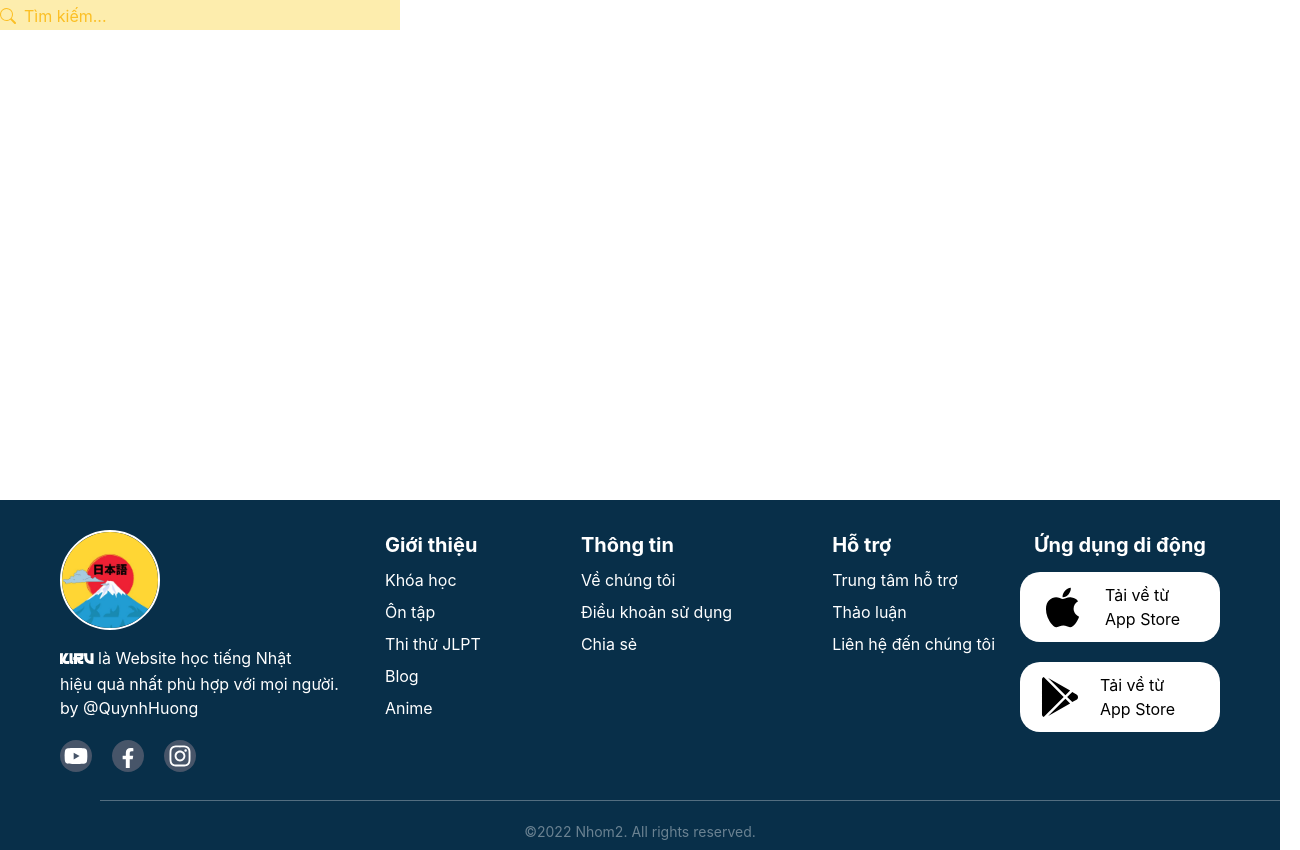
Repository: Quynhhuong150322/Kiru_Website-hoc-tieng-Nhat
Page: /TrangChu
These files come from the project's save history. The page is drawn as it stood at one moment and after the next save; the edit follows.
The browser window is 1280 px wide. The page is 1300 px wide, so the pictures cover 1300 px, including what lies to the right of the window. The pictures show the whole page.
The project was rebuilt for these pictures with package versions that can differ from the ones it lists, and the page was loaded fresh each time. Also part of the build but not shown: src/component/header_footer/Menu.js.

Above is the page before, as saved 2023-08-18 03:34:40.

### public/index.html
<!DOCTYPE html>
<html lang="en">
  <head>
    <meta charset="utf-8" />
    <link rel="icon" href="%PUBLIC_URL%/favicon.ico" />
    <meta name="viewport" content="width=device-width, initial-scale=1" />
    <meta name="theme-color" content="#000000" />
    <meta
      name="description"
      content="Web site created using create-react-app"
    />
    <link rel="apple-touch-icon" href="%PUBLIC_URL%/logo192.png" />
    <!--
      manifest.json provides metadata used when your web app is installed on a
      user's mobile device or desktop. See https://developers.google.com/web/fundamentals/web-app-manifest/
    -->
    <link rel="manifest" href="%PUBLIC_URL%/manifest.json" />
    <!--
      Notice the use of %PUBLIC_URL% in the tags above.
      It will be replaced with the URL of the `public` folder during the build.
      Only files inside the `public` folder can be referenced from the HTML.

      Unlike "/favicon.ico" or "favicon.ico", "%PUBLIC_URL%/favicon.ico" will
      work correctly both with client-side routing and a non-root public URL.
      Learn how to configure a non-root public URL by running `npm run build`.
    -->
    <title>Kiru web</title>
  </head>
  <body>
    <noscript>You need to enable JavaScript to run this app.</noscript>
    <div id="root"></div>
    <!--
      This HTML file is a template.
      If you open it directly in the browser, you will see an empty page.

      You can add webfonts, meta tags, or analytics to this file.
      The build step will place the bundled scripts into the <body> tag.

      To begin the development, run `npm start` or `yarn start`.
      To create a production bundle, use `npm run build` or `yarn build`.
    -->
  </body>
</html>

### src/index.js
import React from 'react';
import ReactDOM from 'react-dom/client';
import './index.css';
import App from './App';
import reportWebVitals from './reportWebVitals';
import { BrowserRouter} from "react-router-dom";


const root = ReactDOM.createRoot(document.getElementById('root'));
root.render(
  <React.StrictMode>
    <BrowserRouter>
      <App />
    </BrowserRouter>
  </React.StrictMode>
);

// If you want to start measuring performance in your app, pass a function
// to log results (for example: reportWebVitals(console.log))
// or send to an analytics endpoint. Learn more: https://bit.ly/CRA-vitals
reportWebVitals();

### src/App.js
import './App.css';
// import HeaderBefor from "./component/header_footer/HeaderBefor";
import Footer from "./component/header_footer/footer";
import Menu from "./component/header_footer/Menu";
// import MyRoutes from './route/MyRoutes';
// import GioiThieu from "./component/Gioi_thieu"
// import KhoaHocBefor from "./component/Khoa_hoc_befor";
// import LienHe from "./component/Lien_he";
// import FAQs from "./component/FAQs";
// import DangKy from "./component/Dang_ky";
// import DangNhap from "./component/Dang_nhap";
// import QuenMK from "./component/Quen_mk";
// import DatlaiMk from "./component/Dat_lai_mk";
import Search from "./component/Search";

function App() {
  return (
    <div className = "bg-white">
      {/* <HeaderBefor></HeaderBefor> */}
      {/* <Menu/> */}
      {/* <MyRoutes></MyRoutes> */}

      {/* Trang chủ chưa đăng nhập */}
      {/* <GioiThieu></GioiThieu>
      <KhoaHocBefor></KhoaHocBefor>
      <LienHe></LienHe>
      <FAQs></FAQs> */}

      {/* Trang đăng ký */}
      {/* <DangKy/> */}

      {/* Trang đăng nhập */}
      {/* <DangNhap/> */}

      {/* Quên mật khẩu */}
      {/* <QuenMK/> */}
      {/* <DatlaiMk/> */}

      {/* thanh Search */}
      <Search />
      <Footer></Footer>
    </div>
  );
}

export default App;

### src/App.css
.App {
  text-align: center;
}

.App-logo {
  height: 40vmin;
  pointer-events: none;
}

@media (prefers-reduced-motion: no-preference) {
  .App-logo {
    animation: App-logo-spin infinite 20s linear;
  }
}

.App-header {
  background-color: #282c34;
  min-height: 100vh;
  display: flex;
  flex-direction: column;
  align-items: center;
  justify-content: center;
  font-size: calc(10px + 2vmin);
  color: white;
}

.App-link {
  color: #61dafb;
}

@keyframes App-logo-spin {
  from {
    transform: rotate(0deg);
  }
  to {
    transform: rotate(360deg);
  }
}

@font-face {
  font-family: Japanese;
  src: url(./font/Japanese\ 3017.ttf);
}

@font-face {
  font-family: InterBold;
  src: url(./font/Inter-Bold.ttf);
}

@font-face {
  font-family: InterRegular;
  src: url(./font/Inter-Regular.ttf);
}

@font-face {
  font-family: Montserrat;
  src: url(./font/MontserratAlternates-Bold.otf);
}

### src/component/header_footer/footer.js
import React from "react";
import logo from "../../image/logo.png";
import {FaApple, FaGooglePlay, FaYoutube,  FaFacebookF, FaInstagram} from "react-icons/fa";

const Footer = () => {
    return (
        <div class="h-[350px] bg-sky-950">
            <div className=" flex justify-between pt-[30px] px-[60px]">
                <div className="flex-initial w-[300px]">
                    <img
                        className="h-[100px] w-100px] rounded-full border-2 border-white"
                        src = {logo}
                        alt = "logo"
                    />
                    <p className="text-white pt-4"> <a className="font-bold font-japanese">Kiru</a> là Website học tiếng Nhật <p> hiệu quả nhất phù hợp với mọi người.</p> <p className="">by @QuynhHuong</p></p>
                    <div class="flex flex-row gap-5 pt-5">
                        <div className="w-8 h-8 bg-slate-600 rounded-full">
                            <FaYoutube className="text-white w-8 h-8 px-1"/>
                        </div>
                        <div className="w-8 h-8 bg-slate-600 rounded-full">
                            <FaFacebookF className="text-white w-7 h-7 pl-1 pt-2"/>
                        </div>
                        <div className="w-8 h-8 bg-slate-600 rounded-full">
                            <FaInstagram className="text-white w-7 h-7 pl-1 pt-1"/>
                        </div>
                    </div>
                </div>
                <div className="flex flex-row gap-[100px]">
                    <ul class="list-none text-white">
                        <li className="font-bold text-[20px]">Giới thiệu</li>
                        <li className="hover:text-yellow-500 pt-2">Khóa học </li>
                        <li className="hover:text-yellow-500 pt-2">Ôn tập </li>
                        <li className="hover:text-yellow-500 pt-2">Thi thử JLPT</li>
                        <li className="hover:text-yellow-500 pt-2">Blog</li>
                        <li className="hover:text-yellow-500 pt-2">Anime</li>
                    </ul>
                    <ul class="list-none text-white">
                        <li className="font-bold text-[20px]">Thông tin</li>
                        <li className="hover:text-yellow-500 pt-2">Về chúng tôi </li>
                        <li className="hover:text-yellow-500 pt-2">Điều khoản sử dụng</li>
                        <li className="hover:text-yellow-500 pt-2">Chia sẻ</li>
                    </ul>
                    <ul class="list-none text-white">
                        <li className="font-bold text-[20px]">Hỗ trợ</li>
                        <li className="hover:text-yellow-500 pt-2">Trung tâm hỗ trợ</li>
                        <li className="hover:text-yellow-500 pt-2">Thảo luận</li>
                        <li className="hover:text-yellow-500 pt-2">Liên hệ đến chúng tôi </li>
                    </ul>
                </div>
                <div className="">
                    <p className="text-white text-[20px] font-bold text-center pb-3">Ứng dụng di động</p>
                    <div className="h-[70px] w-[200px] bg-white rounded-[20px] flex gap-5 items-center">
                        <div className="pl-5">
                            <FaApple className="w-[45px] h-[45px]"/>
                        </div>
                        <div className="flex-initial w-64">
                            Tải về từ <p className="">App Store</p>
                        </div>
                    </div>
                    <div className="pt-5">
                        <div className="h-[70px] w-[200px] bg-white rounded-[20px] flex gap-5 items-center">
                            <div className="pl-5 ">
                                <FaGooglePlay className="w-[40px] h-[40px]"/>
                            </div>
                            <div className="flex-initial w-64">
                                Tải về từ <p className="">App Store</p>
                            </div>
                        </div>
                    </div>
                </div>
            </div>
            <div className="pt-7 px-[100px]">
                <div className="h-[1px] w-[1200px] bg-white/30 "></div>
                <p className="text-white/40 text-center text-[14px] pt-5">©2022 Nhom2. All rights reserved.</p>
            </div>
        </div>

    );
}
export default Footer;

### src/component/Search.js
import React from "react";
import {BsSearch} from "react-icons/bs";

const Search = () => {
    return (
        <div className="h-[500px]">
            <div className="h-[30px] w-[400px] bg-amber-200/70">
                <div className="flex flex-row gap-2 items-center pt-1">
                    <BsSearch className="text-amber-400"/>
                    <p className="text-amber-400">Tìm kiếm...</p>
                </div>
            </div>
        </div>
    )
}
export default Search;

### tailwind.config.js
/** @type {import('tailwindcss').Config} */
module.exports = {
  content: ["./src/**/*.{html,js}"],
  // plugins: [require("tailwind-scrollbar")],
  theme: {
    extend: {
      fontSize: {
        sm: '9px',
        base: '13px',
        xl: '20px',
        '2xl': '60px',
        '3xl': '80px',
        '4xl': '90px',
        '5xl': '100px',
      }
    },
    screens: {
      'sm': {'min': '400px', 'max': '767px'},
      // => @media (min-width: 640px and max-width: 767px) { ... }

      'md': {'min': '768px', 'max': '1023px'},
      // => @media (min-width: 768px and max-width: 1023px) { ... }

      'lg': {'min': '1024px', 'max': '1279px'},
      // => @media (min-width: 1024px and max-width: 1279px) { ... }

      'xl': {'min': '1280px', 'max': '1535px'},
      // => @media (min-width: 1280px and max-width: 1535px) { ... }

      '2xl': {'min': '1536px'},
      // => @media (min-width: 1536px) { ... }
    },

    fontFamily: {
      japanese: ['"Japanese"'],
      interBold: ['"InterBold"'],
      interRegular: ['"InterRegular"'],
      montserrat: ['"Montserrat"']
    },
  },
  plugins: [],
}

Loaded but not shown: src/index.css (common file); src/reportWebVitals.js (common file)

After the next save:
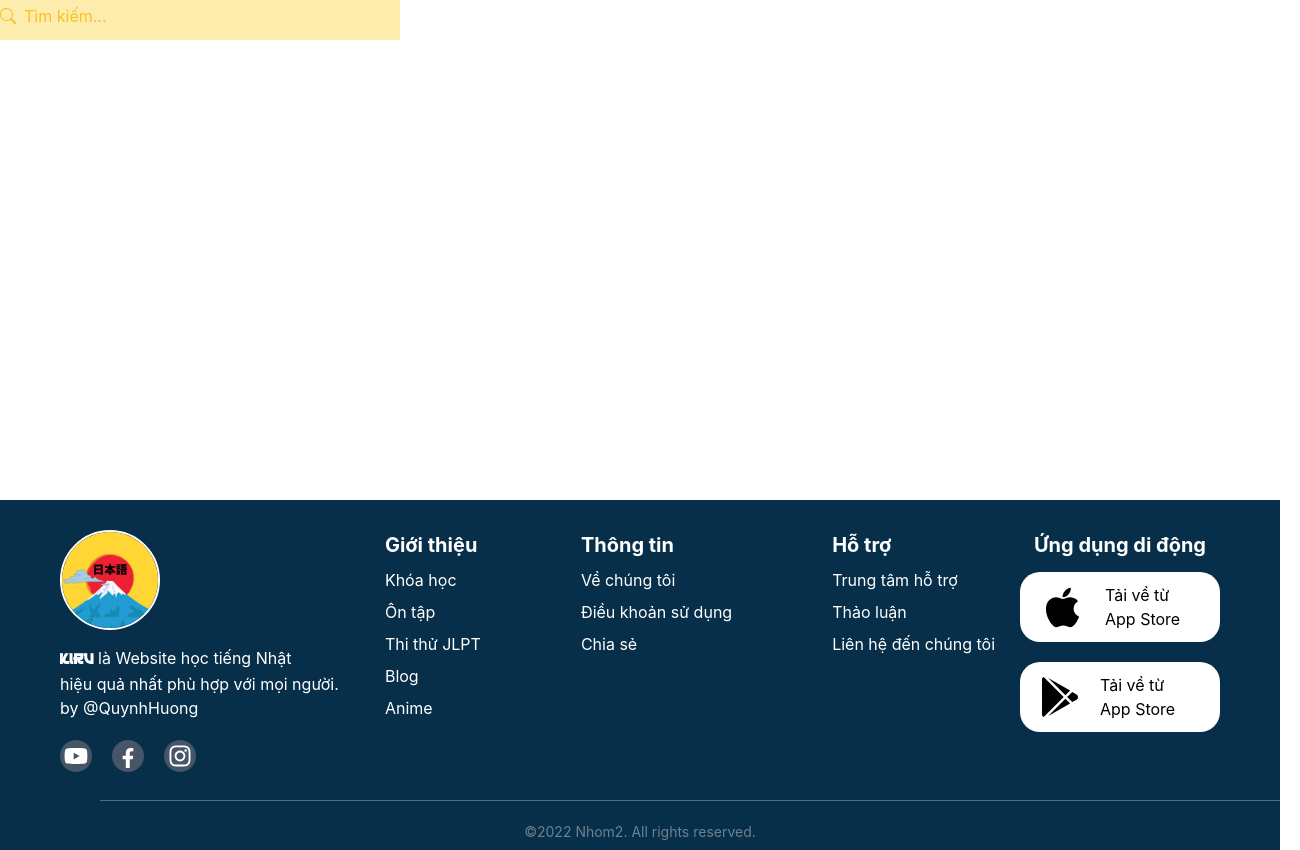
Saved 8 s later.
--- a/src/component/Search.js
+++ b/src/component/Search.js
@@ -4,7 +4,7 @@
 const Search = () => {
     return (
         <div className="h-[500px]">
-            <div className="h-[30px] w-[400px] bg-amber-200/70">
+            <div className="h-[40px] w-[400px] bg-amber-200/70">
                 <div className="flex flex-row gap-2 items-center pt-1">
                     <BsSearch className="text-amber-400"/>
                     <p className="text-amber-400">Tìm kiếm...</p>
